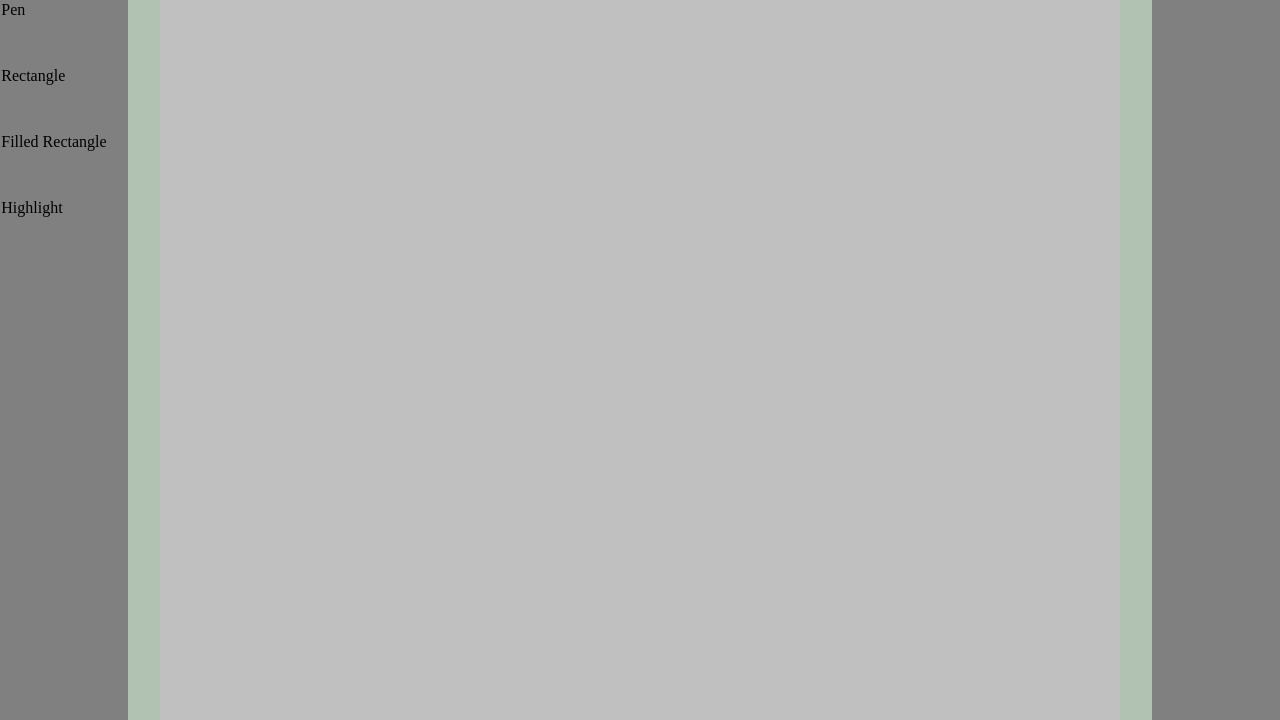
Repository: OrionDevelopers/projectwall
Page: http://localhost/slidePresenter.php
These files come from the project's save history. The page is drawn as it stood at one moment and after the next save; the edit follows.
The browser window is 1280 px wide. The pictures show the whole page.
The page is run by PHP 8.4 with error messages shown; the project is at /var/www/html/.

Above is the page before, as saved 2013-04-20 21:55:36.
Console error: TypeError: Cannot read properties of null (reading 'getContext')

After the next save:
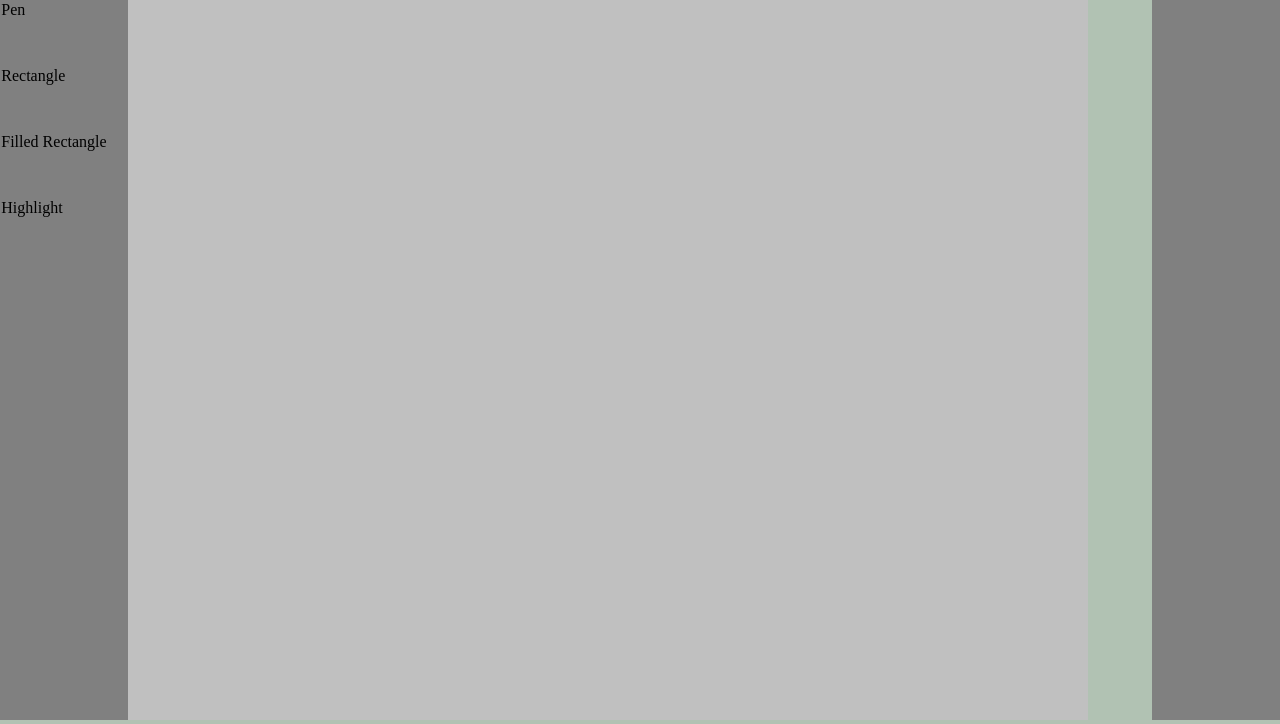
Saved 2 min 47 s later.
--- a/slidePresenterPrototype2/presenterPrototype2/slidePresenter.php
+++ b/slidePresenterPrototype2/presenterPrototype2/slidePresenter.php
@@ -14,6 +14,6 @@
 			<div id='highlighToolButton' class='myButton'>Highlight</div>
 		</div>
 		<div id='rightToolBar'></div>
-		<div id='container'></div>
+		<canvas id='container'></div>
 	</body>
 </html>
